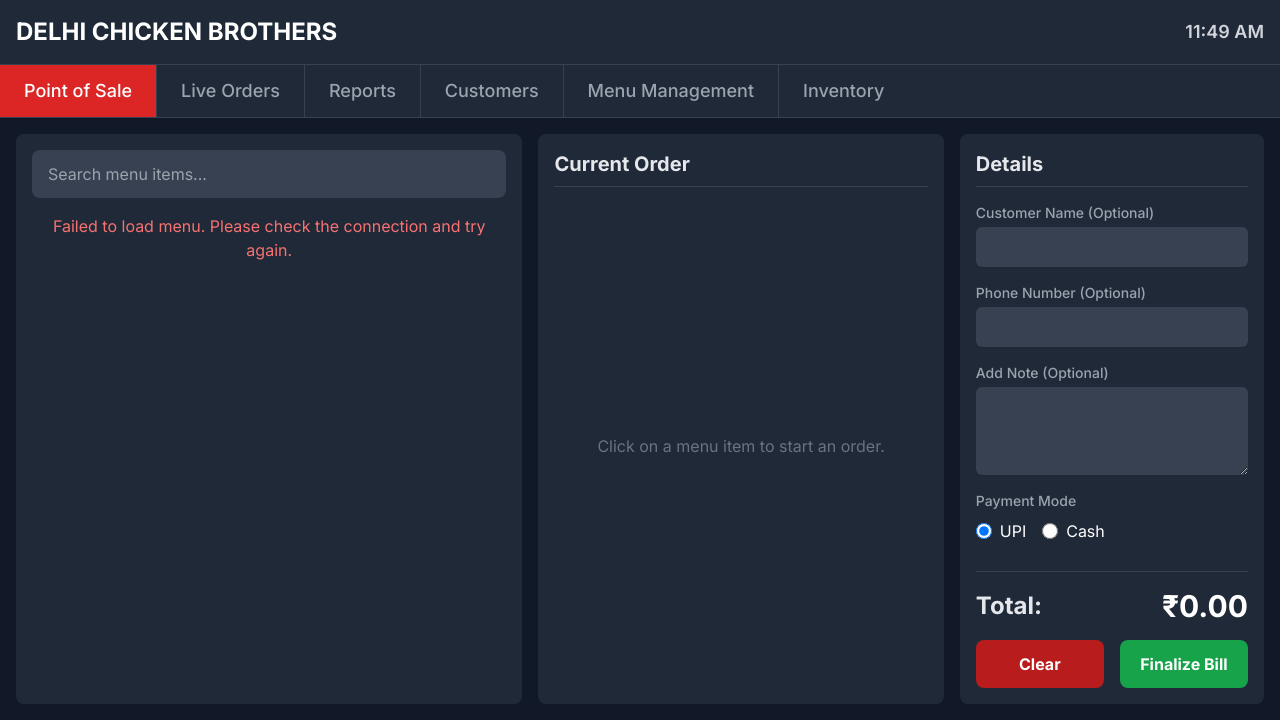
Repository: roydigital/dcb-pos-app
Page: index.html
The author's editor kept a copy of each file at every save. The page is drawn from the files as they stood at one save, then again after the next save.
The browser window is 1280 px wide. The pictures show the whole page.
The page's requests for data from a server got no answer. Some web libraries are served in a nearby version.

Above is the page before, as saved 2025-09-18 20:30:31.

After the next save:
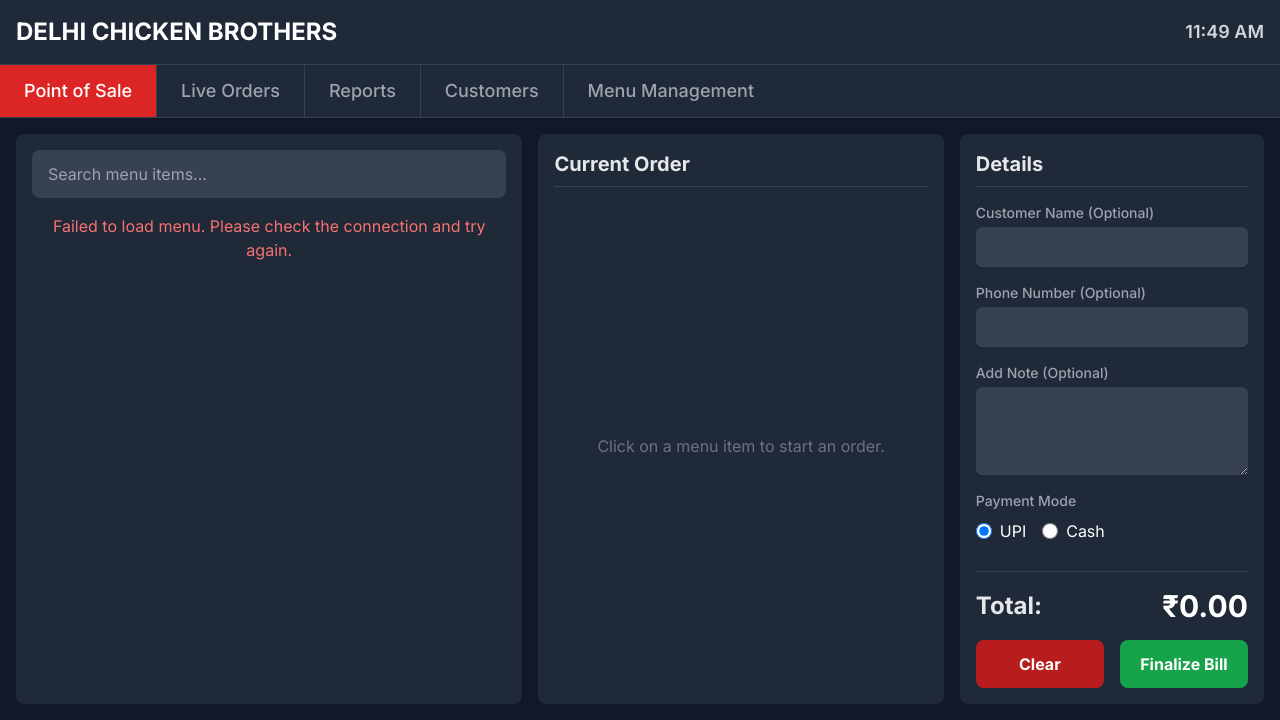
Saved 15 h 0 min later.
--- a/index.html
+++ b/index.html
@@ -29,8 +29,7 @@
                 <a href="live-orders.html" class="px-6 py-3 text-lg font-medium text-gray-400 hover:bg-gray-700 border-r border-gray-700">Live Orders</a>
                 <a href="reports.html" class="px-6 py-3 text-lg font-medium text-gray-400 hover:bg-gray-700 border-r border-gray-700">Reports</a>
                 <a href="customers.html" class="px-6 py-3 text-lg font-medium text-gray-400 hover:bg-gray-700 border-r border-gray-700">Customers</a>
-                <a href="menu-management.html" class="px-6 py-3 text-lg font-medium text-gray-400 hover:bg-gray-700 border-r border-gray-700">Menu Management</a>
-                <a href="inventory.html" class="px-6 py-3 text-lg font-medium text-gray-400 hover:bg-gray-700">Inventory</a>
+                <a href="menu-management.html" class="px-6 py-3 text-lg font-medium text-gray-400 hover:bg-gray-700">Menu Management</a>
             </div>
         </nav>
 
@@ -357,7 +356,7 @@ function printReceipt(orderData) {
       <head>
         <title>Receipt</title>
         <style>
-          body { width: 80mm; font-family: 'Courier New', monospace; font-size: 10pt; color: #000; }
+          body { width: 72mm; font-family: 'Courier New', monospace; font-size: 10pt; color: #000; }
           .header, .totals-section { text-align: center; }
           .header h1 { margin: 5px 0; font-size: 14pt; }
           .header p { margin: 2px 0; font-size: 9pt; }
